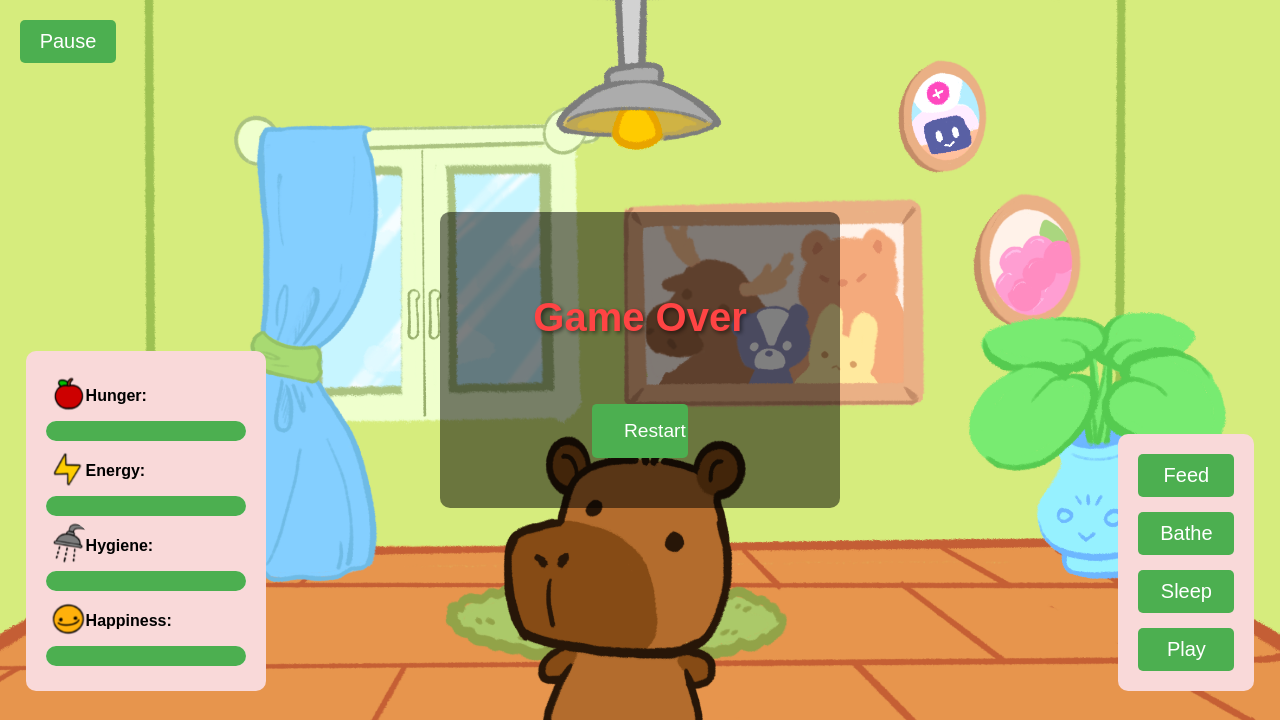
Repository: sarahjx/CapyCare
Page: html/index.html
An editor plug-in stored every save of this project. The page is shown before and after the next save, followed by the edit.
The browser window is 1280 px wide. The pictures show the whole page.
Some web fonts or font styles are not loaded; a fallback is used.

Above is the page before, as saved 2025-05-01 14:57:20.
Console error: TypeError: Cannot set properties of null (setting 'innerText')

### html/index.html
<!-- @format -->

<!DOCTYPE html>
<html lang="en">
  <head>
    <meta charset="UTF-8" />
    <meta name="viewport" content="width=device-width, initial-scale=1.0" />
    <title>Virtual Pet Game</title>
    <link rel="preconnect" href="https://fonts.googleapis.com">
    <link rel="preconnect" href="https://fonts.gstatic.com" crossorigin>
    <link href="https://fonts.googleapis.com/css2?family=McLaren&display=swap" rel="stylesheet">
    <link rel="stylesheet" href="../css/statusbar.css" />
  </head>
  <body>

    <div class="pet-container">
      <img class="pet-image" src="../images/capybara.png" alt="capybara" />
    </div>

    <div class="status-bar-container">

      <div class="status-bar">
        <div class="status-icon-container">
        <span class="hunger-icon"><img src="../images/hunger.svg" alt="hunger icon"></span>
        <span class="status-label">Hunger:</span>
        </div>
        <div class="status-progress">
          <div id="hunger-fill" class="status-fill"></div>
        </div>
        <div id="hunger-warning" class="warning"></div>
      </div>

      <div class="status-bar">
        <div class="status-icon-container">
        <span class="energy-icon"><img src="../images/energy.svg" alt="energy icon"></span>
        <span class="status-label">Energy:</span>
        </div>
        <div class="status-progress">
          <div id="energy-fill" class="status-fill"></div>
        </div>
        <div id="energy-warning" class="warning"></div>
      </div>

      <div class="status-bar">
        <div class="status-icon-container">
        <span class="hygiene-icon"><img src="../images/hygiene.svg" alt="hygiene icon"></span>
        <span class="status-label">Hygiene:</span>
        </div>
        <div class="status-progress">
          <div id="hygiene-fill" class="status-fill"></div>
        </div>
        <div id="hygiene-warning" class="warning"></div>
      </div>

      <div class="status-bar">
        <div class="status-icon-container">
        <span class="happiness-icon"><img src="../images/happiness.svg" alt="hygiene icon"></span>
        <span class="status-label">Happiness:</span>
        </div>
        <div class="status-progress">
          <div id="happiness-fill" class="status-fill"></div>
        </div>
        <div id="happiness-warning" class="warning"></div>
      </div>
    </div>

      <div class="action-buttons">
        <button class="action-button" onclick="feedPet(currentPet)">Feed</button>
        <button class="action-button" onclick="bathePet(currentPet)">Bathe</button>
        <button class="action-button" onclick="bedtime(currentPet)">Sleep</button>
        <button onclick="touchPet(currentPet)">Play</button>
      </div>
      <button class="pause-button" onclick="togglePause()" class="pause-button">
        Pause
      </button>
    </div>

    <div id="gameOverScreen" class="game-over-screen">
      <div class="game-over-content">
        <h2>Game Over</h2>
        <p id="gameOverMessage"></p>
        <button class="restart-button" onclick="resetGame()">Restart</button>
      </div>
    </div>

    <script src="../backend/status.js"></script>
  </body>
</html>

### css/statusbar.css
/** @format */

:root {
  --primary-color: #f9d9d9;
  --secondary-color: #d9e7f9;
  --tertiary-color: #fff1fb;
  --accent-color: #f7efd7;
  --text-color: #333;
  --spacing-xs: 0.5rem;
  --spacing-sm: 0.75rem;
  --spacing-md: 1rem;
  --spacing-lg: 1.5rem;
  --spacing-xl: 2rem;
  --spacing-xxl: 3rem;
  --font-family: "McLaren", sans-serif;
  --font-size-xs: 0.75rem;
  --font-size-sm: 0.875rem;
  --font-size-md: 1rem;
  --font-size-lg: 1.125rem;
  --font-size-xl: 1.25rem;
  --font-size-xxl: 1.5rem;
}

body {
  font-family: var(--font-family);
  margin: 0 auto;
  padding: 20px;
  background-image: url("../images/room.png");
  background-size: cover;
  background-repeat: no-repeat;
  background-attachment: fixed;
  background-position: center;
}

.pet-container {
  display: flex;
  flex-direction: column;
  align-items: center;
  justify-content: center;
}

.pet-image {
  transform: scale(0.3);
  position: fixed;
  margin-top: 1200px;
}

.status-bar-container {
  position: fixed;
  background-color: var(--primary-color);
  padding: 20px;
  border-radius: 10px;
  display: inline-flex;
  flex-direction: column;
  bottom: 4%;
  left: 2%;
}

.status-icon-container {
  display: flex;
  align-items: center;
  margin-bottom: 0;
}

.hunger-icon,
.energy-icon,
.happiness-icon,
.hygiene-icon {
  width: 10px;
  height: auto;
  margin-right: 30px;
}

.status-bar {
  margin: 0;
}

.status-label {
  display: inline-block;
  width: 100px;
  font-weight: bold;
  margin: 0;
}

.status-progress {
  width: 200px;
  height: 20px;
  background-color: #ffffff;
  border-radius: 10px;
  overflow: hidden;
  position: relative;
}

.status-fill {
  height: 100%;
  width: 100%;
  position: absolute;
  left: 0;
  top: 0;
  background-color: #4caf50;
  transition: width 0.3s ease;
}

.status-row {
  display: flex;
  align-items: center;
  gap: 10px;
  margin-bottom: 10px;
}

.status-icon {
  width: 24px;
  height: 24px;
}

.status-value {
  min-width: 50px;
  text-align: right;
  font-weight: bold;
  color: #333;
}

.action-buttons {
  margin-top: 20px;
  display: inline-flex;
  flex-direction: column;
  padding: 20px;
  border-radius: 10px;
  gap: 15px;
  background-color: var(--primary-color);
  position: fixed;
  right: 2%;
  bottom: 4%;
}

button {
  padding: 10px;
  border: none;
  border-radius: 5px;
  background-color: #4caf50;
  color: white;
  cursor: pointer;
  transition: background-color 0.3s;
  width: 6rem;
  font-family: var(--font-family);
  font-weight: 7pt;
  font-size: var(--font-size-xl);
}

.restart-button {
  pas
}

button:hover {
  background-color: #45a049;
}

.warning {
  color: #ff9800;
  font-weight: bold;
  margin-top: 5px;
}

.critical {
  color: #f44336;
  font-weight: bold;
  margin-top: 5px;
}

.hidden {
  display: none;
}

.game-over-overlay {
  position: fixed;
  top: 0;
  left: 0;
  right: 0;
  bottom: 0;
  width: 100vw;
  height: 100vh;
  background-color: rgba(0, 0, 0, 0.2);
  display: none;
  z-index: 1000;
  margin: 0;
  padding: 0;
}

.game-over-content {
  position: fixed;
  display: flex;
  flex-direction: column;
  justify-content: center;
  align-items: center;
  left: 50%;
  top: 50%;
  transform: translate(-50%, -50%);
  padding: 50px;
  background-color: rgba(0, 0, 0, 0.5);
  color: white;
  border-radius: 10px;
  z-index: 1001;
  min-width: 300px;
}

.game-over-content h2 {
  color: #ff4444;
  font-size: 2.5rem;
  text-align: center;
  margin-bottom: 2rem;
  text-shadow: 2px 2px 4px rgba(0, 0, 0, 0.5);
}

.game-over-content button {
  padding: 1rem 2rem;
  font-size: 1.2rem;
  background-color: #4caf50;
  color: white;
  border: none;
  border-radius: 5px;
  cursor: pointer;
  transition: background-color 0.3s;
}

.game-over-content button:hover {
  background-color: #45a049;
}

### backend/status.js
/** @format */

function Personality(favFood, active, clean, clingy, foodLover, introText) {
  this.favFood = favFood;
  this.active = active;
  this.clean = clean;
  this.clingy = clingy;
  this.foodLover = foodLover;
  this.intro = introText;
}

const mix1 = new Personality(
  "Sunfruit",
  true,
  true,
  true,
  true,
  "This pet is energetic and playful, always ready to explore or play. They love the taste of Sunfruit and will happily eat it when offered, but they'll need constant attention, so expect lots of petting and cuddling. Despite their active nature, they stay clean and are easy to bathe. This pet loves affection and will return it in kind!"
);
const mix2 = new Personality(
  "Snakberry",
  true,
  true,
  false,
  true,
  "This pet is full of energy and loves to make the most of their days. They are particularly fond of Snakberries, which they will devour happily, but they tend to get hungry more often due to their high energy levels. Despite their active nature, they keep themselves clean and are easy to bathe. They're not overly clingy, so while they'll happily spend time with you, they won't be demanding affection constantly."
);
const mix3 = new Personality(
  "Dreamleaf",
  false,
  false,
  true,
  false,
  "This pet is laid-back and enjoys spending time with you, always seeking your company. They love Dreamleaf as a treat, but they're not particularly food-driven and don't get hungry as often. While they may get a little dirty from time to time, they tend to move around when you try to bathe them. Expect them to seek out your attention frequently, and be ready to shower them with love when they come to you for pets."
);

const personalities = [mix1, mix2, mix3];

// Global variables
let currentPet = null;
let hunger = 100;
let energy = 100;
let hygiene = 100;
let happiness = 100;
let isGameOver = false;
let isPaused = false;

// Store interval IDs globally
let hungerInterval = null;
let energyInterval = null;
let hygieneInterval = null;
let happinessInterval = null;

// Initialize the game
function initializeGame() {
  currentPet = getRandomPersonality();
  hunger = 100;
  energy = 100;
  hygiene = 100;
  happiness = 100;
  updateStatusBars();
  updateIntervals();
}

function getRandomPersonality() {
  const randomIndex = Math.floor(Math.random() * personalities.length);
  currentPet = personalities[randomIndex];
  console.log("New pet initialized:", currentPet.intro);
  return currentPet;
}

// Personality-based status decrease functions
function decreaseHunger() {
  if (!currentPet || isGameOver) return;
  const decreaseAmount = currentPet.foodLover ? 15 : 10;
  hunger = Math.max(0, hunger - decreaseAmount);
  updateStatusBars();
  if (hunger === 0 && checkGameOver()) return;
}

function decreaseEnergy() {
  if (!currentPet || isGameOver) return;
  const decreaseAmount = currentPet.active ? 15 : 10;
  energy = Math.max(0, energy - decreaseAmount);
  updateStatusBars();
  if (energy === 0 && checkGameOver()) return;
}

function decreaseHygiene() {
  if (!currentPet || isGameOver) return;
  const decreaseAmount = currentPet.clean ? 8 : 12;
  hygiene = Math.max(0, hygiene - decreaseAmount);
  updateStatusBars();
  if (hygiene === 0 && checkGameOver()) return;
}

function decreaseHappiness() {
  if (!currentPet || isGameOver) return;
  const decreaseAmount = currentPet.clingy ? 15 : 10;
  happiness = Math.max(0, happiness - decreaseAmount);
  updateStatusBars();
  if (happiness === 0 && checkGameOver()) return;
}

// Update intervals with personality-based timing
function updateIntervals() {
  // Clear any existing intervals
  if (hungerInterval) clearInterval(hungerInterval);
  if (energyInterval) clearInterval(energyInterval);
  if (hygieneInterval) clearInterval(hygieneInterval);
  if (happinessInterval) clearInterval(happinessInterval);

  // Set new intervals based on personality
  hungerInterval = setInterval(
    () => {
      decreaseHunger();
      warning();
    },
    currentPet.foodLover ? 6000 : 8000
  );

  energyInterval = setInterval(
    () => {
      decreaseEnergy();
      warning();
    },
    currentPet.active ? 8000 : 12000
  );

  hygieneInterval = setInterval(
    () => {
      decreaseHygiene();
      warning();
    },
    currentPet.clean ? 18000 : 15000
  );

  happinessInterval = setInterval(
    () => {
      decreaseHappiness();
      warning();
    },
    currentPet.clingy ? 8000 : 10000
  );

  console.log("Intervals updated for pet:", currentPet.intro);
}

// Pause game function
function pauseGame() {
  if (hungerInterval) clearInterval(hungerInterval);
  if (energyInterval) clearInterval(energyInterval);
  if (hygieneInterval) clearInterval(hygieneInterval);
  if (happinessInterval) clearInterval(happinessInterval);
  console.log("Game paused");
}

// Resume game function
function resumeGame() {
  updateIntervals();
  console.log("Game resumed");
}

function touchPet(personality) {
  if (personality.clingy) {
    gainStatus("happiness");
    console.log("Your pet loves the attention!");
  } else {
    loseStatus("happiness");
    console.log("Your pet prefers their space.");
  }
}

function feedPet(personality) {
  gainStatus("hunger"); // Always increase hunger
  if (personality.foodLover) {
    gainStatus("happiness");
    console.log("Your pet loves the food!");
  } else {
    loseStatus("happiness");
    console.log("Your pet isn't very interested in food.");
  }
}

function bathePet(personality) {
  gainStatus("hygiene"); // Always increase hygiene
  if (personality.clean) {
    gainStatus("happiness");
    console.log("Your pet enjoys being clean!");
  } else {
    loseStatus("happiness");
    console.log("Your pet doesn't like baths.");
  }
}

function bedtime(personality) {
  const petImage = document.querySelector(".pet-image");
  if (petImage) {
    // Store the current image to return to
    const currentImage = petImage.src;

    // Show sleeping animation
    petImage.src = "../images/Sleep.PNG";

    // After 3 seconds, restore the previous state
    setTimeout(() => {
      updatePetImage();
    }, 3000);
  }

  gainStatus("energy"); // Always increase energy
  if (personality.active) {
    loseStatus("happiness");
    console.log("Your pet is too energetic to sleep!");
  } else {
    gainStatus("happiness");
    console.log("Your pet enjoys resting.");
  }
}

function gainStatus(category) {
  switch (category) {
    case "hunger":
      if (hunger >= 100) {
        console.log("Hunger is full!");
      } else if (hunger < 100) {
        hunger += 10;
        console.log("Hunger: " + hunger);
      }
      break;
    case "energy":
      if (energy >= 100) {
        console.log("Energy is full!");
      } else if (energy < 100) {
        energy += 10;
        console.log("Energy: " + energy);
      }
      break;
    case "hygiene":
      if (hygiene >= 100) {
        console.log("Hygiene is full!");
      } else if (hygiene < 100) {
        hygiene += 10;
        console.log("Hygiene: " + hygiene);
      }
      break;
    case "happiness":
      if (happiness >= 100) {
        console.log("Happiness is full!");
      } else if (happiness < 100) {
        happiness += 10;
        console.log("Happiness: " + happiness);
      }
      break;
    default:
      console.log("Invalid category");
  }
}

function loseStatus(category) {
  switch (category) {
    case "hunger":
      if (hunger <= 0) {
        console.log("Hunger is empty!");
        hunger = 0;
      } else if (hunger > 0) {
        hunger -= 10;
        console.log("Hunger: " + hunger);
      }
      break;
    case "energy":
      if (energy <= 0) {
        console.log("Energy is empty!");
        energy = 0;
      } else if (energy > 0) {
        energy -= 10;
        console.log("Energy: " + energy);
      }
      break;
    case "hygiene":
      if (hygiene <= 0) {
        console.log("Hygiene is empty!");
        hygiene = 0;
      } else if (hygiene > 0) {
        hygiene -= 10;
        console.log("Hygiene: " + hygiene);
      }
      break;
    case "happiness":
      if (happiness <= 0) {
        console.log("Happiness is empty!");
        happiness = 0;
      } else if (happiness > 0) {
        happiness -= 3;
        console.log("Happiness: " + happiness);
      }
      break;
    default:
      console.log("Invalid category");
  }
}

function warning() {
  // Hunger warnings
  if (hunger <= 50 && hunger > 20) {
    document.getElementById("hunger-warning").textContent =
      "Your pet is getting hungry!";
    document.getElementById("hunger-warning").className = "warning";
  } else if (hunger <= 20 && hunger > 0) {
    document.getElementById("hunger-warning").textContent =
      "Your pet is starving!";
    document.getElementById("hunger-warning").className = "critical";
  } else {
    document.getElementById("hunger-warning").textContent = "";
  }

  // Energy warnings
  if (energy <= 50 && energy > 20) {
    document.getElementById("energy-warning").textContent =
      "Your pet is getting tired!";
    document.getElementById("energy-warning").className = "warning";
  } else if (energy <= 20 && energy > 0) {
    document.getElementById("energy-warning").textContent =
      "Your pet is exhausted!";
    document.getElementById("energy-warning").className = "critical";
  } else {
    document.getElementById("energy-warning").textContent = "";
  }

  // Hygiene warnings
  if (hygiene <= 50 && hygiene > 20) {
    document.getElementById("hygiene-warning").textContent =
      "Your pet needs a bath!";
    document.getElementById("hygiene-warning").className = "warning";
  } else if (hygiene <= 20 && hygiene > 0) {
    document.getElementById("hygiene-warning").textContent =
      "Your pet is filthy!";
    document.getElementById("hygiene-warning").className = "critical";
  } else {
    document.getElementById("hygiene-warning").textContent = "";
  }

  // Happiness warnings
  if (happiness <= 50 && happiness > 20) {
    document.getElementById("happiness-warning").textContent =
      "Your pet is getting sad!";
    document.getElementById("happiness-warning").className = "warning";
  } else if (happiness <= 20 && happiness > 0) {
    document.getElementById("happiness-warning").textContent =
      "Your pet is depressed!";
    document.getElementById("happiness-warning").className = "critical";
  } else {
    document.getElementById("happiness-warning").textContent = "";
  }
}

function checkGameOver() {
  if (hunger <= 0 || energy <= 0 || hygiene <= 0 || happiness <= 0) {
    isGameOver = true;
    pauseGame();
    showGameOver();
    return true;
  }
  return false;
}

function showGameOver() {
  let reason = "";
  if (hunger <= 0) reason = "Your pet starved to death!";
  else if (energy <= 0) reason = "Your pet died from exhaustion!";
  else if (hygiene <= 0) reason = "Your pet died from poor hygiene!";
  else if (happiness <= 0) reason = "Your pet died from sadness!";

  console.log("GAME OVER: " + reason);
  document.getElementById("gameOverMessage").textContent = reason;
  document.getElementById("gameOverOverlay").style.display = "block";
  document.getElementById("gameOverContent").style.display = "flex";
}

function resetGame() {
  isGameOver = false;
  hunger = 100;
  energy = 100;
  hygiene = 100;
  happiness = 100;
  document.getElementById("gameOverOverlay").style.display = "none";
  document.getElementById("gameOverContent").style.display = "none";
  currentPet = getRandomPersonality();
  updateStatusBars();
  updateIntervals();
}

function togglePause() {
  isPaused = !isPaused;
  const pauseButton = document.getElementById("pauseButton");
  const buttons = document.querySelectorAll(
    ".buttons button:not(#pauseButton)"
  );

  if (isPaused) {
    pauseButton.textContent = "Resume";
    pauseButton.classList.add("paused");
    buttons.forEach((button) => (button.disabled = true));
    pauseGame();
  } else {
    pauseButton.textContent = "Pause";
    pauseButton.classList.remove("paused");
    buttons.forEach((button) => (button.disabled = false));
    resumeGame();
  }
}

// Update status bars
function updateStatusBars() {
  // Update the width of each status bar
  document.getElementById("hunger-fill").style.width = hunger + "%";
  document.getElementById("energy-fill").style.width = energy + "%";
  document.getElementById("happiness-fill").style.width = happiness + "%";
  document.getElementById("hygiene-fill").style.width = hygiene + "%";

  // Update pet image based on status
  updatePetImage();
}

// Override console.log to update UI
const originalConsoleLog = console.log;
console.log = function () {
  originalConsoleLog.apply(console, arguments);
  updateStatusBars();
};

// Simple toggle function
function toggleActions() {
  document.getElementById("action-buttons-column").classList.toggle("hidden");
  document.getElementById("toggle-button").classList.toggle("hidden");
}

// Initialize the game when the page loads
window.addEventListener("load", function () {
  initializeGame();
  // Update status bars every second
  setInterval(updateStatusBars, 1000);
});

// stopwatch

let [hours, minutes, seconds] = [0, 0, 0];
let timer = null;

function updateDisplay() {
  document.getElementById("display").innerText =
    `${String(hours).padStart(2, "0")}:` +
    `${String(minutes).padStart(2, "0")}:` +
    `${String(seconds).padStart(2, "0")}`;
}

function stopwatch() {
  seconds++;
  if (seconds === 60) {
    seconds = 0;
    minutes++;
    if (minutes === 60) {
      minutes = 0;
      hours++;
    }
  }
  updateDisplay();
}

function start() {
  if (timer !== null) return;
  timer = setInterval(stopwatch, 1000);
}

function stop() {
  clearInterval(timer);
  timer = null;
}

function reset() {
  stop();
  [hours, minutes, seconds] = [0, 0, 0];
  updateDisplay();
}

updateDisplay();

function updatePetImage() {
  const petImage = document.querySelector(".pet-image");
  if (!petImage) return;

  // Check if any status is 0 (dead)
  if (hunger <= 0 || energy <= 0 || hygiene <= 0 || happiness <= 0) {
    petImage.src = "../images/Fuckingdead.PNG";
    return;
  }

  // Check for multiple states
  if (hunger <= 60 && hygiene <= 60 && energy <= 60) {
    petImage.src = "../images/Dirty:Hungry:Tired.PNG";
  } else if (hunger <= 60 && hygiene <= 60) {
    petImage.src = "../images/Dirty:hungry.PNG";
  } else if (hunger <= 60 && energy <= 60) {
    petImage.src = "../images/Hungry:Tired.PNG";
  } else if (hygiene <= 60 && energy <= 60) {
    petImage.src = "../images/Dirty:Tired.PNG";
  } else if (energy <= 60) {
    petImage.src = "../images/Sleepy.PNG";
  } else if (hunger <= 60) {
    petImage.src = "../images/Hungry.PNG";
  } else if (hygiene <= 60) {
    petImage.src = "../images/Dirty.PNG";
  } else {
    petImage.src = "../images/Idle.PNG";
  }
}

After the next save:
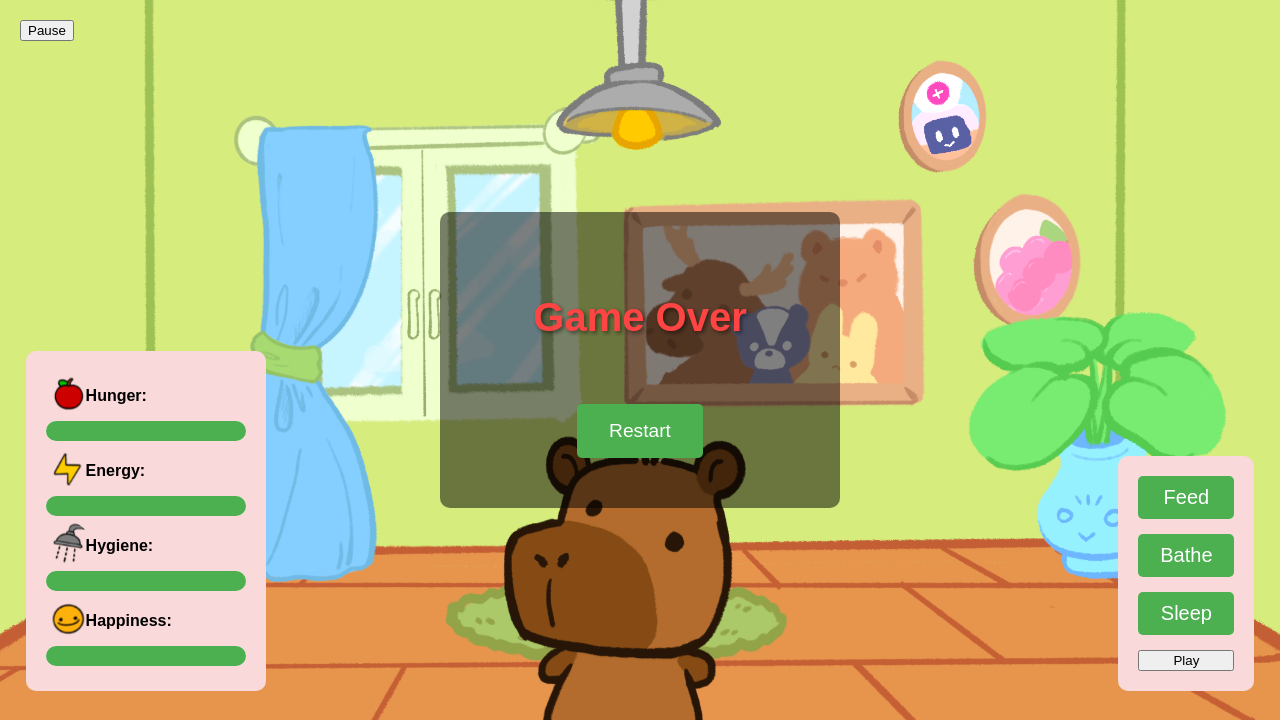
Saved 9 s later.
--- a/css/statusbar.css
+++ b/css/statusbar.css
@@ -133,7 +133,7 @@ body {
   bottom: 4%;
 }
 
-button {
+.action-button {
   padding: 10px;
   border: none;
   border-radius: 5px;
